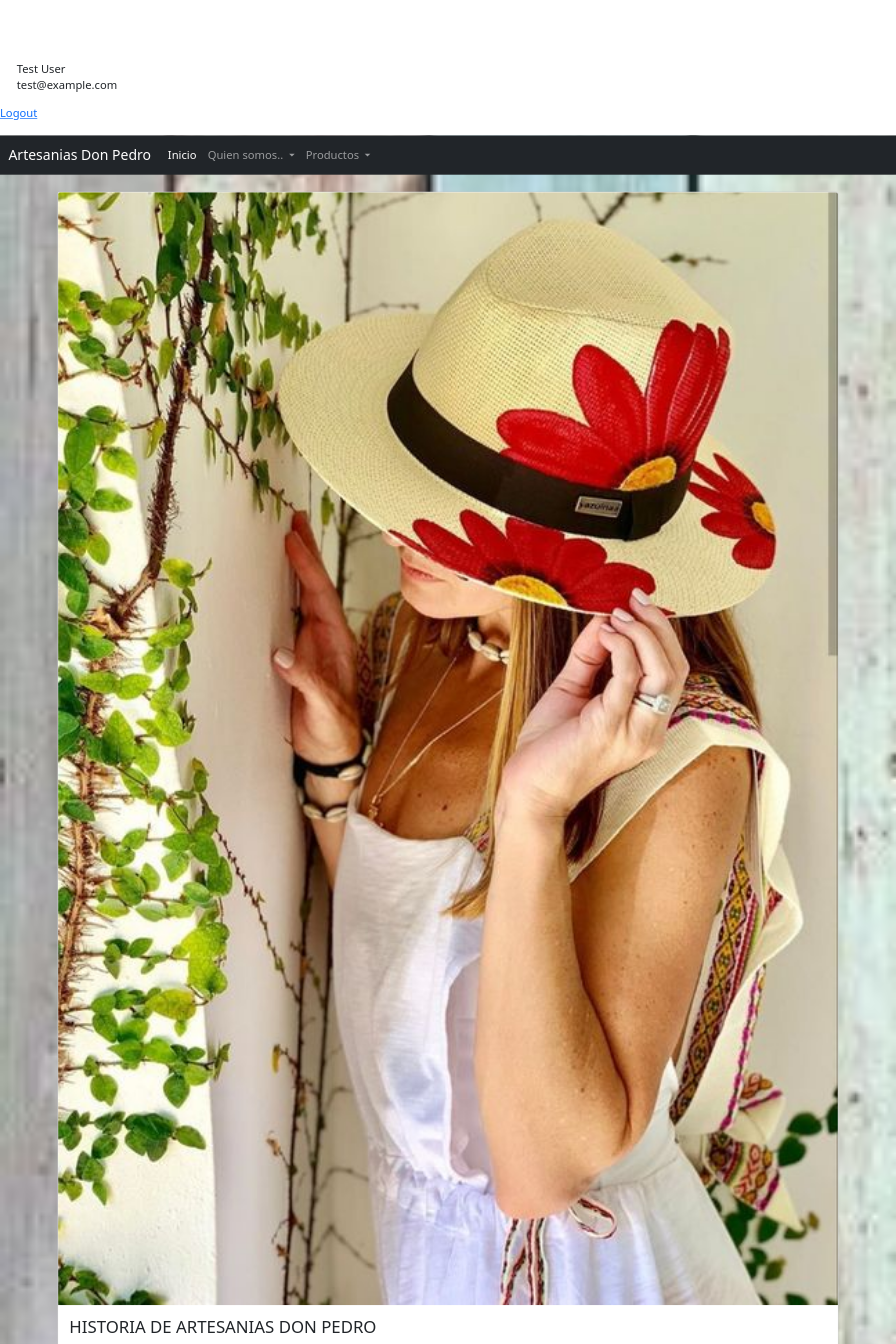
Repository: PG210/taller_artesania
Page: http://localhost/arte/mision
The author's editor kept a copy of each file at every save. The page is drawn from the files as they stood at one save, then again after the next save.
The browser window is 1280 px wide. The pictures show the part of the page from y = 2641 to 4561 px (the page is 4985 px tall before and 3719 px after), at 70% of full size.
Pictures or frames that could not be fetched are drawn as grey boxes. The page is served by the project's Laravel application, run on PHP 8.4 with Laravel 8. A made-up administrator, Test User (test@example.com), is signed in.

Above is the page before, as saved 2021-01-14 15:44:27.

After the next save:
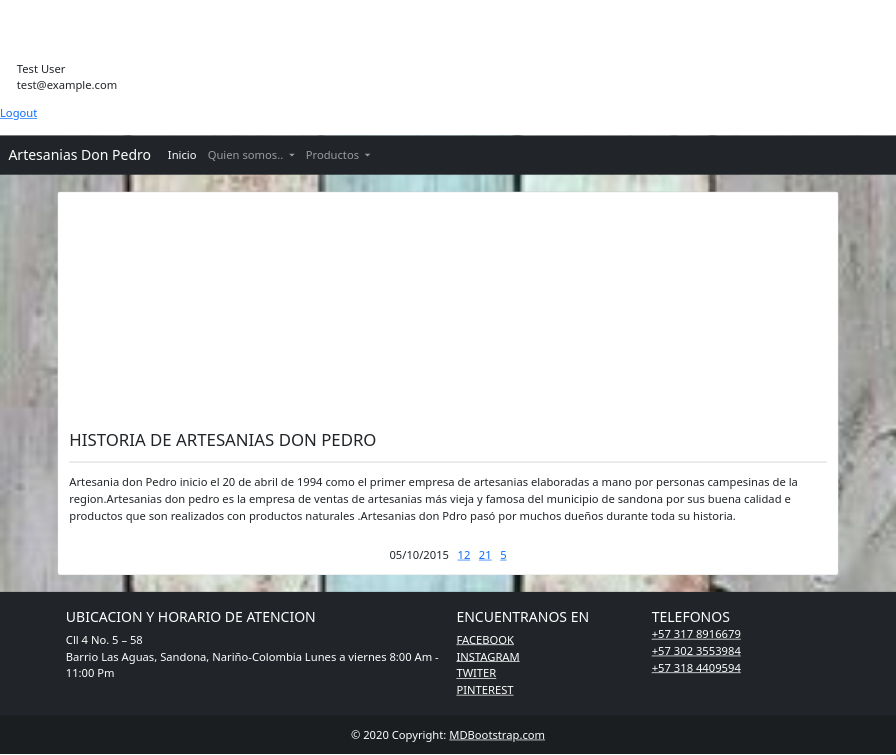
Saved 4 min 11 s later.
--- a/resources/views/arte/mision.blade.php
+++ b/resources/views/arte/mision.blade.php
@@ -5,12 +5,16 @@
     <div class="card">
 
         <!-- Card image -->
-        <div class="view overlay">
-            <img class="card-img-top" src="../img/8.jpg" alt="Card image cap">
-            <a>
-                <div class="mask rgba-white-slight"></div>
-            </a>
-        </div>
+        <div class="container">
+            <br>
+            <div class="view overlay ">
+                <video loop="true " muted autoplay width="530 " height="300 ">
+                    <source src='{{url("/img/video.mp4")}}' type="video/mp4 " alt="Card image cap ">
+                <a>
+                    <div class="mask " style=" background-color: rgba(230, 179, 179, 0.5) "></div>
+                </a>
+            </div>
+            </div>
 
         <!-- Button -->
 
